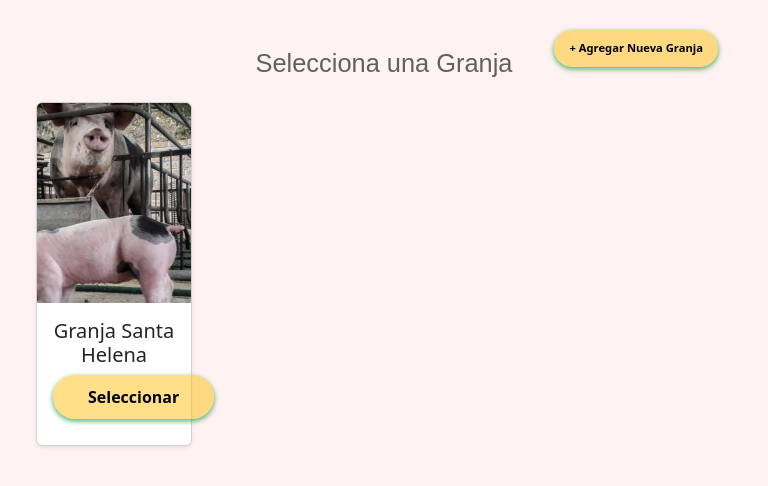
Repository: Mateojimenezz/Granja-Santa-Helena
Page: seleccionarGranja.html
The author's editor kept a copy of each file at every save. The page is drawn from the files as they stood at one save, then again after a run of saves.
The browser window is 768 px wide. The pictures show the whole page.
Some web fonts or font styles are not loaded; a fallback is used.

Above is the page before, as saved 2025-05-13 12:50:58.

### seleccionarGranja.html
<!DOCTYPE html>
<html lang="es">
<head>
    <meta charset="UTF-8">
    <meta name="viewport" content="width=device-width, initial-scale=1.0">
    <title>La Granja</title>
    <link href="https://cdn.jsdelivr.net/npm/bootstrap@5.3.3/dist/css/bootstrap.min.css" rel="stylesheet" integrity="sha384-QWTKZyjpPEjISv5WaRU9OFeRpok6YctnYmDr5pNlyT2bRjXh0JMhjY6hW+ALEwIH" crossorigin="anonymous">

    <link rel="stylesheet" href="./assets/css/seleccionarGranja.css">
    <link rel="stylesheet" href="https://cdn.jsdelivr.net/npm/bootstrap-icons@1.11.3/font/bootstrap-icons.min.css">
    <link href="https://fonts.googleapis.com/css2?family=Calistoga&display=swap" rel="stylesheet">

  </head>
<body>
    <div class="container mt-5">
        <h3 class="text-center mb-4">Selecciona una Granja</h3>

        <div class="row g-4" id="granjas-list">
            <!-- Primera granja fija -->
            <div class="col-md-3 " id="granjas-container">
                <div class="card shadow-sm">
                    <img src="./assets/img/granja2.jpg" class="card-img-top" alt="Santa Helena">
                    <div class="card-body text-center">
                        <h5 class="card-title">Granja Santa Helena</h5>
                        <button class="btn btn-form" onclick="seleccionarGranja('Santa Helena')">Seleccionar</button>
                    </div>
                </div>
            </div>

            <!-- Aquí se agregarán las granjas dinámicamente -->
        </div>

        <!-- Botón para ir a la página de agregar nueva granja -->
        <div class="text-center mt-4">
            <a href="agregarGranja.html" id="agregar-granja" class="btn btn-form"> + Agregar Nueva Granja </a>
        </div>
    </div>






  <!-- bootstrap JS -->
  <script src="https://cdn.jsdelivr.net/npm/bootstrap@5.3.3/dist/js/bootstrap.bundle.min.js" integrity="sha384-YvpcrYf0tY3lHB60NNkmXc5s9fDVZLESaAA55NDzOxhy9GkcIdslK1eN7N6jIeHz" crossorigin="anonymous"></script>
  <script src="./assets/js/seleccionarGranja.js"></script>




</body>

</html>

### assets/css/seleccionarGranja.css

@import "./variables.css";
body{
    background-color: var( --color-FondoDiv2);
}
.container h3 {
    text-align: center;
    margin-bottom: 20px;
    color: var(--color-TextoMenuLateral);
    font-family: var(--font-principal);
}
.granja-card {
    width: 150px;
    margin: 10px;
    padding: 10px;
    border: 1px solid #ccc;
    border-radius: 8px;
    text-align: center;
    box-shadow: 2px 2px 10px rgba(0,0,0,0.2);
}



.granja-card button {
    margin-top: 10px;
    background-color: #007bff;
    color: white;
    border: none;
    padding: 5px 10px;
    cursor: pointer;
    border-radius: 5px;
}
.card-img-top {
    width: 100%;
    height: 200px; /* Ajusta según el diseño */
    object-fit: cover; /* Recorta la imagen para que se ajuste sin deformarse */

}
.btn-form{
    background-color: var(  --color-Botones);
    padding: 10px 35px;
    margin-bottom: 10px;
    border: none;
    border-radius: 30px;
    color: black;
    font-weight: bold;
    box-shadow: 0 2px 4px 1px  rgba(25, 157, 60, 0.6) /* Sombra verde */

  }
  .btn-form:hover {
    background-color: #f4cf50; /* Tonalidad más oscura */
    color: black;
  }
  .btn-form:active {
    background-color:var(--color-principal)!important;
    color: white !important;
    box-shadow: none !important;
  }

#granjas-container {
    position: relative; /* Habilita posicionamiento dentro del contenedor */
    display: flex;

}

#agregar-granja {
    position: absolute;
    top: 30px; /* Ajusta la distancia desde arriba */
    right: 50px; /* Ajusta la distancia desde la derecha */
    z-index: 100; /* Asegura que el botón esté por encima de otros elementos */
    padding: 10px 15px;
    font-size: 0.7em;
}

### assets/js/seleccionarGranja.js
// ✅ Mostrar vista previa de imagen antes de guardarla
document.getElementById("imagen")?.addEventListener("change", function(event) {
    const file = event.target.files[0];
    const reader = new FileReader();

    reader.onload = function() {
        document.getElementById("preview").src = reader.result;
        document.getElementById("preview").style.display = "block";
    };

    if (file) {
        reader.readAsDataURL(file);
    }
});

// ✅ Guardar nueva granja y redirigir a `seleccionarGranja.html`
document.getElementById("form-granja")?.addEventListener("submit", function(event) {
    event.preventDefault();

    const nombreGranja = document.getElementById("nombre").value;
    const urlImagen = document.getElementById("preview").src;

    if (nombreGranja && urlImagen) {
        let granjas = JSON.parse(localStorage.getItem("granjas")) || [];
        granjas.push({ nombre: nombreGranja, imagen: urlImagen });
        localStorage.setItem("granjas", JSON.stringify(granjas));

        alert("Granja agregada correctamente!");

        window.location.href = "seleccionarGranja.html"; // Redirigir
    }
});

// ✅ Cargar las granjas guardadas en `seleccionarGranja.html`
document.addEventListener("DOMContentLoaded", function() {
    const listaGranjas = document.getElementById("granjas-list");
    let granjas = JSON.parse(localStorage.getItem("granjas")) || [];

    if (granjas.length === 0) {
        console.warn("No hay granjas en el localStorage.");
    }

    granjas.forEach(granja => {
        const nuevaGranja = document.createElement("div");
        nuevaGranja.classList.add("col-md-3");

        nuevaGranja.innerHTML = `
            <div class="card shadow-sm">
                <img src="${granja.imagen}" class="card-img-top" alt="Imagen de ${granja.nombre}">
                <div class="card-body text-center">
                    <h5 class="card-title">${granja.nombre}</h5>
                    <button class="btn btn-form" onclick="seleccionarGranja('${granja.nombre}')">Seleccionar</button>
                </div>
            </div>
        `;

        listaGranjas.appendChild(nuevaGranja);
    });
});

function seleccionarGranja(nombre) {
    alert(`Has seleccionado la granja: ${nombre}`);
    localStorage.setItem("granjaSeleccionada", nombre);
    window.location.href = "dashboard.html"; // Redirigir a la vista de la granja
}

// ✅ Guardar la granja seleccionada y redirigir a `inicio.html`
function seleccionarGranja(nombre) {
    localStorage.setItem("granjaSeleccionada", nombre);
    window.location.href = "paginaDeInicio.html"; // Redirigir a la página principal
}

### assets/css/variables.css
/* variables.css */
:root {
    --color-principal: #1CAD48 ;
    --color-Botones: rgba(255, 187, 0, 0.47);
    --color-texto: white;
    --color-fondo: #f5f5f5;
    --font-principal: 'calistoga','arial';
    --color-fondoDiv: #F8E91C;
    --color-FondoDiv2:#FFF2F2;
    --color-Footter: #D9D9D9;
    --letra-gris: #B0B0B7;
    --color-menu-lateral:#BDEAAD;
    --color-TextoMenuLateral:#645f5f; /* Color de texto del menú lateral */
    --fondo-formularios:#FFFFFF; /* Color de fondo de los formularios */
  }

After the next 2 saves:
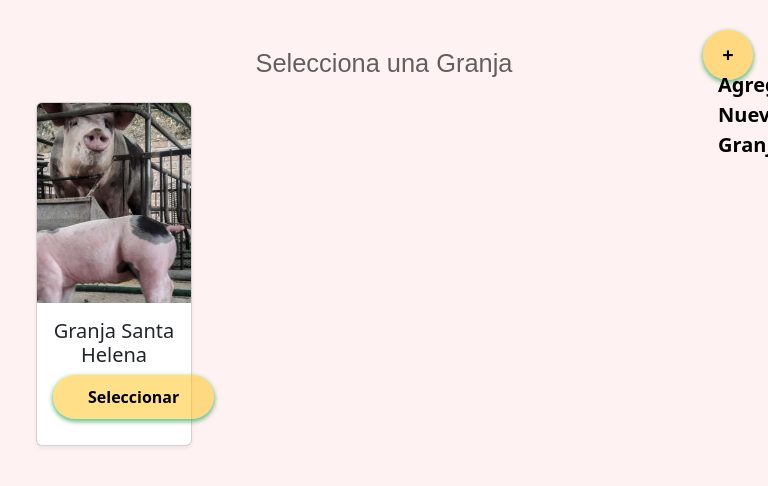
The 2 saves are shown as one change because they came seconds apart.
The last was saved 2 min 21 s later.
--- a/assets/css/seleccionarGranja.css
+++ b/assets/css/seleccionarGranja.css
@@ -71,3 +71,15 @@ body{
     padding: 10px 15px;
     font-size: 0.7em;
 }
+/* 🔥 Ajuste para pantallas pequeñas */
+@media (max-width: 768px) {
+    #agregar-granja {
+        width: 50px; /* Tamaño más compacto */
+        height: 50px;
+        font-size: 20px;
+        position: fixed; /* Fijarlo para que siempre esté visible */
+        bottom: 15px; /* Lo coloca en la parte inferior */
+        right: 15px; /* Lo mantiene accesible */
+        z-index: 1000; /* Asegura que esté por encima de otros elementos */
+    }
+}
